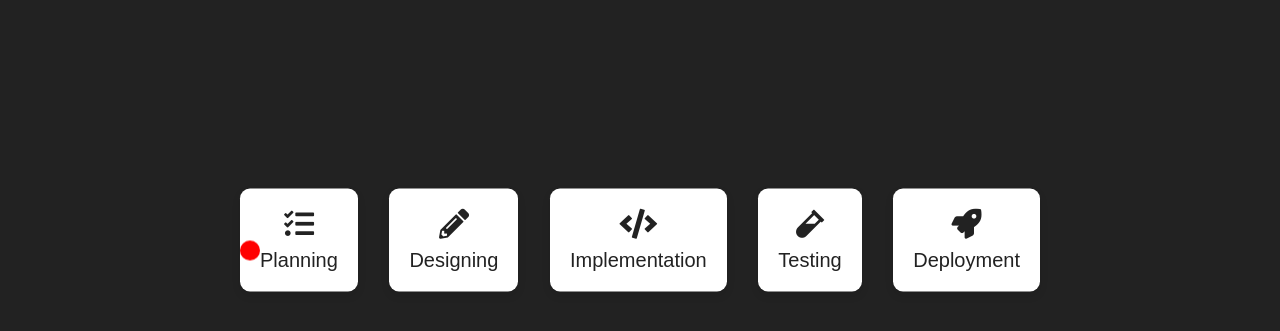
Repository: itsquadian/IT-SQUADIAN
Page: try.html
The author's editor kept a copy of each file at every save. The page is drawn from the files as they stood at one save, then again after the next save.
The browser window is 1280 px wide. The pictures show the whole page.

Above is the page before, as saved 2024-04-13 20:15:00.

After the next save:
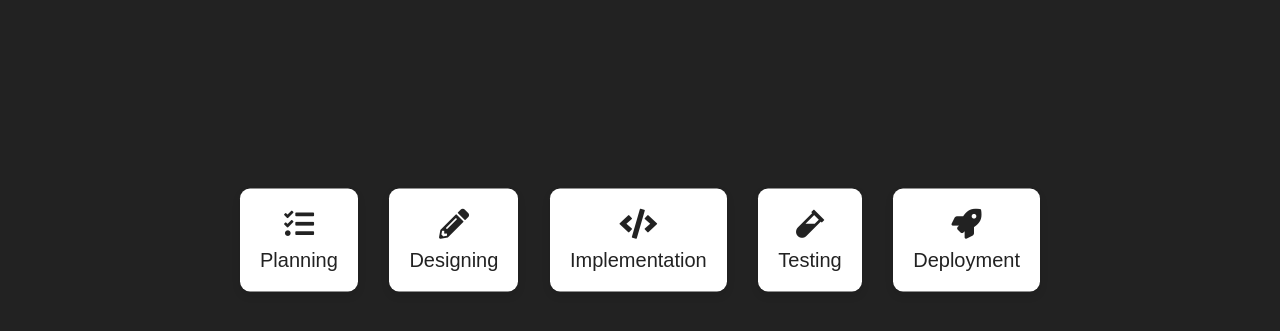
Saved 106 s later.
--- a/try.html
+++ b/try.html
@@ -66,27 +66,6 @@
 
     }
 
-    .ball {
-        position: absolute;
-        top: 50%;
-        left: 0;
-        width: 20px;
-        height: 20px;
-        background-color: #f00;
-        border-radius: 50%;
-        animation: bounce 2s linear infinite;
-        animation-delay: 5s; /* Delay to start after appearing */
-    }
-
-    @keyframes bounce {
-        0% { transform: translateX(0); }
-        20% { transform: translateX(20%); }
-        40% { transform: translateX(40%); }
-        60% { transform: translateX(60%); }
-        80% { transform: translateX(80%); }
-        100% { transform: translateX(100%); }
-    }
-
     @keyframes appear {
         0% { opacity: 0; }
         100% { opacity: 1; }
@@ -120,7 +99,6 @@
             <i class="fas fa-rocket"></i>
             <br>Deployment
         </div>
-        <div class="ball"></div>
     </div>
 </div>
 
